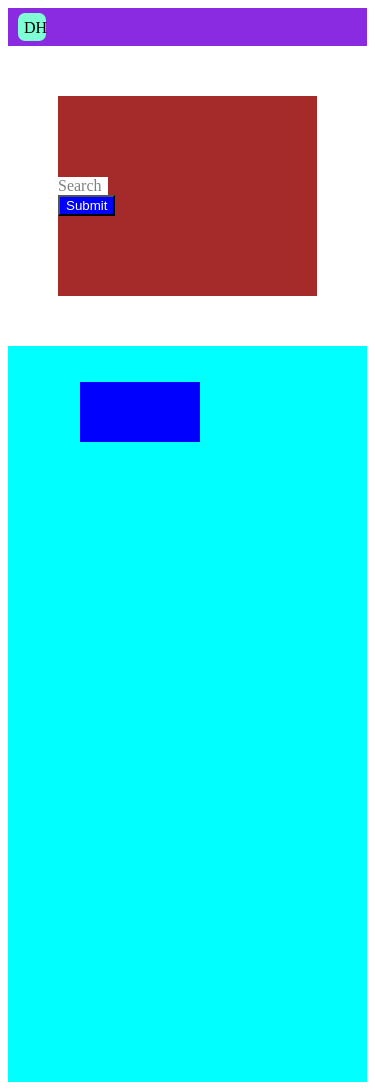
Repository: tr2cky/barrage
Page: index.html
The author's editor kept a copy of each file at every save. The page is drawn from the files as they stood at one save, then again after a run of saves.
The browser window is 375 px wide. The pictures show the whole page.

Above is the page before, as saved 2022-10-03 13:52:48.

### index.html
<!DOCTYPE html>
<html lang="en">

<head>
    <meta charset="UTF-8">
    <meta http-equiv="X-UA-Compatible" content="IE=edge">
    <meta name="viewport" content="width=device-width, initial-scale=1.0">
    <link rel="stylesheet" href="style.css">
    <title>Document</title>
</head>

<body>
    <div class="container">
        <div class="side">
            <div class="box1"></div>
        </div>

        <main>
            <div class="header">
                <div class="boxheader">DH</div>
            </div>
            <article>
                <div class="article-container">
                    <div class="search">Search</div>
                    <button>Submit</button>
                </div>
            </article>
        </main>
    </div>
</body>

</html>

### style.css
.container {
    display: grid;
    grid-template-columns: 1fr 3fr;
}
.side {
    background-color: aqua;
    height: 92vh;
}
.box1 {
    background-color: blue;
    width: 80px;
    height: 20px;
    padding: 20px;
    margin-top: 10%;
    margin-left: 20%;
}
main {
    background-color: white;
    display: flex;
    flex-direction: column;
}
.header {
    background-color: blueviolet;
}
.boxheader {
    background-color: aquamarine;
    padding: 6px;
    width: 1em;
    height: 1em;
    margin: 5px 10px;
    border-radius: 25%;
}
main article {
    background-color: brown;
    margin: 50px;
    height: 200px;
    display: flex;
    place-items: center;
}
.search {
    background-color: white;
    color: gray;
    width: 50px;
}
button {
    background-color: blue;
    color: white;
}

@media (max-width: 500px) {
    .container {
        grid-template-columns: 1fr;
    }
    main {
        order: -1;
    }
    article {
        margin: 0;
    }
}

After the next 2 saves:
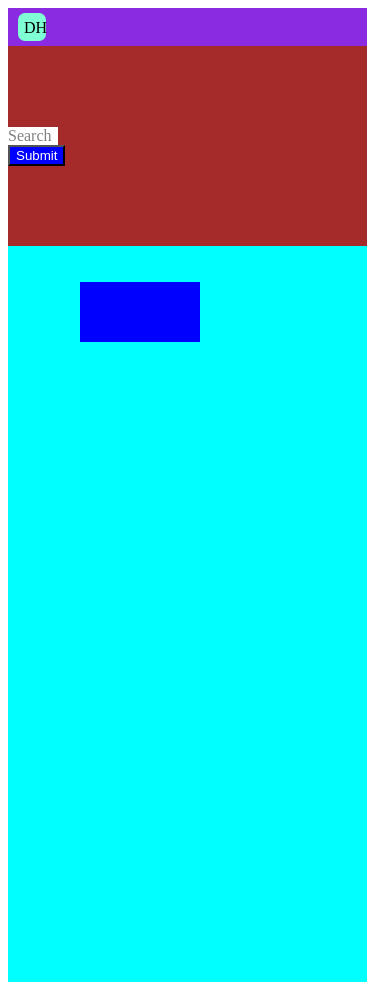
The 2 saves are shown as one change because they came seconds apart.
The last was saved 13 s later.
--- a/style.css
+++ b/style.css
@@ -54,7 +54,7 @@ button {
     main {
         order: -1;
     }
-    article {
+    main article {
         margin: 0;
     }
 }
